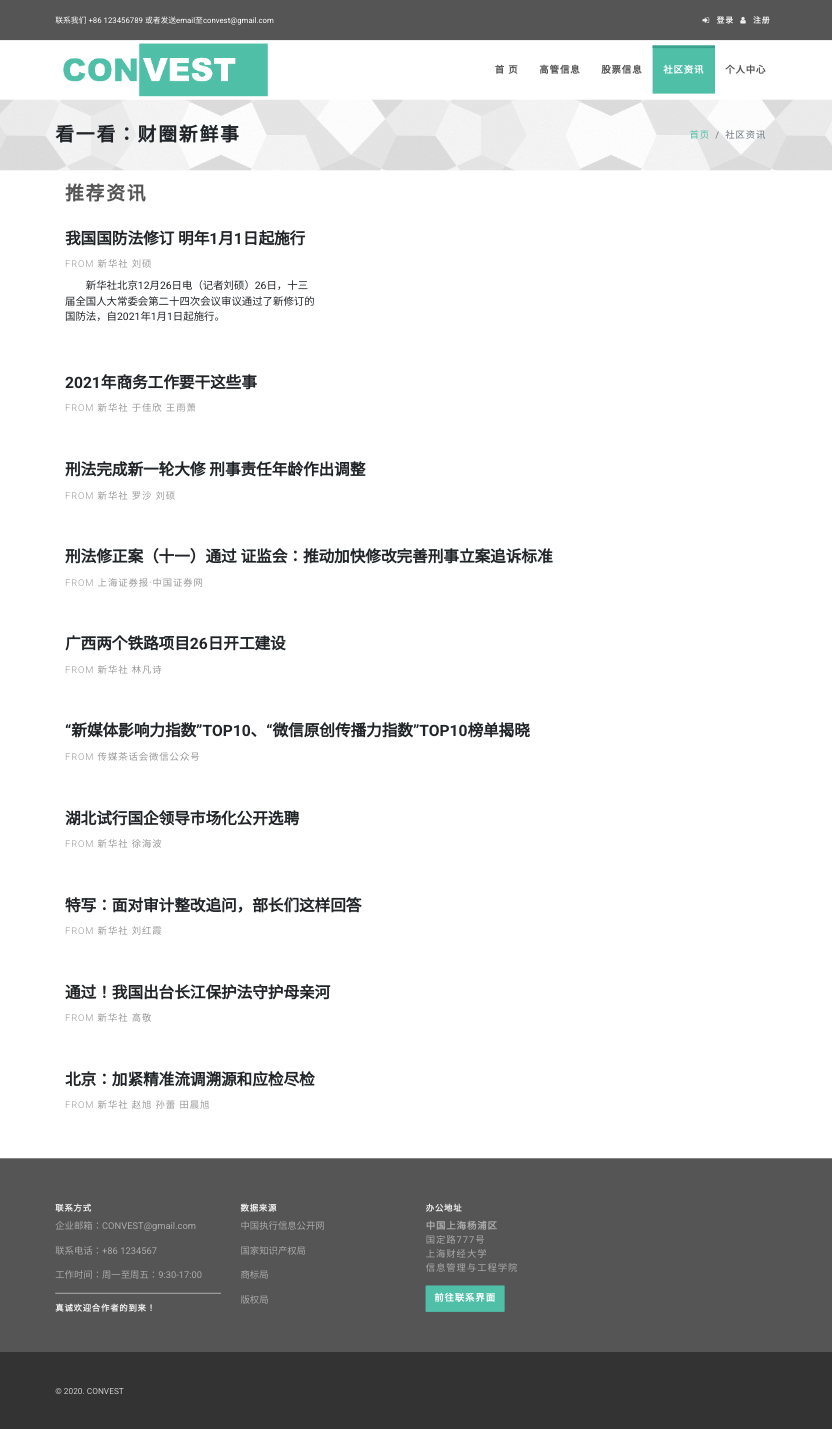
Repository: SUFELYZ/CONVEST
Page: http://localhost/CONVEST/社区资讯.jsp
The author's editor kept a copy of each file at every save. The page is drawn from the files as they stood at one save, then again after the next save.
The browser window is 1280 px wide. The pictures show the whole page, at 65% of full size.
The page is served by Tomcat 9. Other server files are loaded and not shown.

Above is the page before, as saved 2021-01-05 16:01:56.

### CONVEST 1.0/CONVEST/WebContent/社区资讯.jsp
<%@ page language="java" contentType="text/html; charset=UTF-8" pageEncoding="UTF-8"%>
<!DOCTYPE html>
<html>
<head>
<meta charset="utf-8">
    <meta http-equiv="X-UA-Compatible" content="IE=edge">
    <title>CONVEST</title>
    <meta name="description" content="">
    <meta name="viewport" content="width=device-width, initial-scale=1">
    <meta name="robots" content="all,follow">
    <!-- Bootstrap CSS-->
    <link rel="stylesheet" href="vendor/bootstrap/css/bootstrap.min.css">
    <!-- Font Awesome CSS-->
    <link rel="stylesheet" href="vendor/font-awesome/css/font-awesome.min.css">
    <!-- Google fonts - Roboto-->
    <link rel="stylesheet" href="https://fonts.googleapis.com/css?family=Roboto:300,400,700">
    <!-- Bootstrap Select-->
    <link rel="stylesheet" href="vendor/bootstrap-select/css/bootstrap-select.min.css">
    <!-- owl carousel-->
    <link rel="stylesheet" href="vendor/owl.carousel/assets/owl.carousel.css">
    <link rel="stylesheet" href="vendor/owl.carousel/assets/owl.theme.default.css">
    <!-- theme stylesheet-->
    <link rel="stylesheet" href="css/style.default.css" id="theme-stylesheet">
    <!-- Custom stylesheet - for your changes-->
    <link rel="stylesheet" href="css/custom.css">
    <!-- Favicon and apple touch icons-->
    <link rel="shortcut icon" href="img/favicon.ico" type="image/x-icon">
    <link rel="apple-touch-icon" href="img/apple-touch-icon.png">
    <link rel="apple-touch-icon" sizes="57x57" href="img/apple-touch-icon-57x57.png">
    <link rel="apple-touch-icon" sizes="72x72" href="img/apple-touch-icon-72x72.png">
    <link rel="apple-touch-icon" sizes="76x76" href="img/apple-touch-icon-76x76.png">
    <link rel="apple-touch-icon" sizes="114x114" href="img/apple-touch-icon-114x114.png">
    <link rel="apple-touch-icon" sizes="120x120" href="img/apple-touch-icon-120x120.png">
    <link rel="apple-touch-icon" sizes="144x144" href="img/apple-touch-icon-144x144.png">
    <link rel="apple-touch-icon" sizes="152x152" href="img/apple-touch-icon-152x152.png">
    <!-- Tweaks for older IEs--><!--[if lt IE 9]>
        <script src="https://oss.maxcdn.com/html5shiv/3.7.3/html5shiv.min.js"></script>
        <script src="https://oss.maxcdn.com/respond/1.4.2/respond.min.js"></script><![endif]-->
</head>
<body>
<div id="all">
      <!-- Top bar-->
      <div class="top-bar">
        <div class="container">
          <div class="row d-flex align-items-center">
            <div class="col-md-6 d-md-block d-none">
              <p>联系我们 +86 123456789 或者发送email至convest@gmail.com</p>
            </div>
            <div class="col-md-6">
              <div class="d-flex justify-content-md-end justify-content-between">
                <ul class="list-inline contact-info d-block d-md-none">
                  <li class="list-inline-item"><a href="#"><i class="fa fa-phone"></i></a></li>
                  <li class="list-inline-item"><a href="#"><i class="fa fa-envelope"></i></a></li>
                </ul>
                <div class="login"><a href="#" data-toggle="modal" data-target="#login-modal" class="login-btn"><i class="fa fa-sign-in"></i><span class="d-none d-md-inline-block">登录</span></a><a href="customer-register.jsp" class="signup-btn"><i class="fa fa-user"></i><span class="d-none d-md-inline-block">注册</span></a></div>

              </div>
            </div>
          </div>
        </div>
      </div>
      <!-- Top bar end-->
      <!-- Login Modal-->
      <div id="login-modal" tabindex="-1" role="dialog" aria-labelledFrom="login-modalLabel" aria-hidden="true" class="modal fade">
        <div role="document" class="modal-dialog">
          <div class="modal-content">
            <div class="modal-header">
              <h4 id="login-modalLabel" class="modal-title">用户登录</h4>
              <button type="button" data-dismiss="modal" aria-label="Close" class="close"><span aria-hidden="true">×</span></button>
            </div>
            <div class="modal-body">
              <form action="个人中心.jsp" method="get">
                <div class="form-group">
                  <input id="email_modal" type="text" placeholder="email" class="form-control">
                </div>
                <div class="form-group">
                  <input id="password_modal" type="password" placeholder="密码" class="form-control">
                </div>
                <p class="text-center">
                  <button class="btn btn-template-outlined"><i class="fa fa-sign-in"></i> 登录</button>
                </p>
              </form>
              <p class="text-center text-muted">还没注册？</p>
              <p class="text-center text-muted"><a href="customer-register.jsp"><strong>即刻注册</strong></a>! 只需一分钟，体验更多功能！</p>
            </div>
          </div>
        </div>
      </div>
      <!-- Login modal end-->
      <!-- Navbar Start-->
      <header class="nav-holder make-sticky">
        <div id="navbar" role="navigation" class="navbar navbar-expand-lg">
          <div class="container"><a href="首页.jsp" class="navbar-brand home"><img src="img/logo.png" alt="Universal logo" class="d-none d-md-inline-block"><img src="img/logo-small.png" alt="Universal logo" class="d-inline-block d-md-none"><span class="sr-only">CONVEST - go to homepage</span></a>
            <button type="button" data-toggle="collapse" data-target="#navigation" class="navbar-toggler btn-template-outlined"><span class="sr-only">Toggle navigation</span><i class="fa fa-align-justify"></i></button>
            <div id="navigation" class="navbar-collapse collapse">
              <ul class="nav navbar-nav ml-auto">
                <li class="nav-item dropdown menu-large"><a href="首页.jsp" >首 页 <b class="caret"></b></a>

                </li>
                <li class="nav-item dropdown menu-large"><a href="高管信息.jsp">高管信息 <b class="caret"></b></a>

                </li>
                <li class="nav-item dropdown menu-large"><a href="股票信息.jsp" >股票信息<b class="caret"></b></a>

                </li>
                <li class="nav-item dropdown active"><a href="社区资讯.jsp" >社区资讯 <b class="caret"></b></a>

                </li>

                <li class="nav-item dropdown menu-large"><a href="个人中心.jsp" >个人中心 <b class="caret"></b></a>

                </li>
                <!-- ========== Contact dropdown end ==================-->
              </ul>
            </div>
            <div id="search" class="collapse clearfix">
              <form role="search" class="navbar-form">
                <div class="input-group">
                  <input type="text" placeholder="Search" class="form-control"><span class="input-group-btn">
                    <button type="button" class="btn btn-template-main"><i class="fa fa-search"></i></button></span>
                </div>
              </form>
            </div>
          </div>
        </div>
      </header>
      <!-- Navbar End-->

      <div id="heading-breadcrumbs">
        <div class="container">
          <div class="row d-flex align-items-center flex-wrap">
            <div class="col-md-7">
              <h1 class="h2">看一看：财圈新鲜事</h1>
            </div>
            <div class="col-md-5">
              <ul class="breadcrumb d-flex justify-content-end">
                <li class="breadcrumb-item"><a href="首页.jsp">首页</a></li>
                <li class="breadcrumb-item active">社区资讯</li>
              </ul>
            </div>
          </div>
        </div>
      </div>
      <div id="content">
        <div class="container">
          <section class="bar no-padding-bottom">
            <div class="row">
              <div class="col-md-12">
              </div>
            </div>
          </section>


      <!-- LEFT COLUMN _________________________________________________________-->
              <div id="blog-listing-big" class="col-md-9">
                  <div class="post" id="qeone">
                      <h2><a>推荐资讯</a></h2>


                         <br>
                   <div class="post" id="qeone">
                      <h3><a id="title1">我国国防法修订 明年1月1日起施行</a></h3>
                       <div class="row">
                          <div class="col-sm-6">
                              <p class="author-category">From <a id="name1">新华社 刘硕</a></p>
                              <p>　　新华社北京12月26日电（记者刘硕）26日，十三届全国人大常委会第二十四次会议审议通过了新修订的国防法，自2021年1月1日起施行。</p>
                          </div>

                      </div>
                  </div>
                  <div class="post" id="qetwo">
                      <h3><a id="title2">2021年商务工作要干这些事</a></h3>
                      <div class="row" >
                          <div class="col-sm-6">
                              <p class="author-category">From <a id="name2">新华社 于佳欣 王雨萧</a></p>
                          </div>
                      </div>
                  </div>
                  <div class="post" id="qethree">
                      <h3><a id="title3">刑法完成新一轮大修 刑事责任年龄作出调整</a></h3>
                      <div class="row">
                          <div class="col-sm-6">
                              <p class="author-category">From <a id="name3">新华社 罗沙 刘硕</a></p>
                          </div>
                      </div>
                  </div>
                  <div class="post" id="qefour">
                      <h3><a id="title4">刑法修正案（十一）通过 证监会：推动加快修改完善刑事立案追诉标准</a></h3>
                      <div class="row">
                          <div class="col-sm-6">
                              <p class="author-category">From <a id="name4">上海证券报·中国证券网 </a></p>
                          </div>
                      </div>
                  </div>
                  <div class="post" id="qefive">
                      <h3><a id="title5">广西两个铁路项目26日开工建设</a></h3>
                      <div class="row">
                          <div class="col-sm-6">
                              <p class="author-category">From <a id="name5">新华社 林凡诗</a></p>
                          </div>
                      </div>
                  </div>
                  <div class="post" id="qesix">
                      <h3><a id="title6">“新媒体影响力指数”TOP10、“微信原创传播力指数”TOP10榜单揭晓</a></h3>
                      <div class="row">
                          <div class="col-sm-6">
                              <p class="author-category">From <a id="name6">传媒茶话会微信公众号</a></p>
                          </div>
                      </div>
                  </div>
                   <div class="post" id="qeseven">
                      <h3><a id="title7">湖北试行国企领导市场化公开选聘</a></h3>
                      <div class="row">
                          <div class="col-sm-6">
                              <p class="author-category">From <a id="name7">新华社 徐海波</a></p>
                          </div>
                      </div>
                  </div>
                   <div class="post" id="qeeight">
                      <h3><a id="title8">特写：面对审计整改追问，部长们这样回答</a></h3>
                      <div class="row">
                          <div class="col-sm-6">
                              <p class="author-category">From <a id="name8">新华社 刘红霞</a></p>
                          </div>
                      </div>
                  </div>
                  <div class="post" id="qenine">
                      <h3><a id="title9">通过！我国出台长江保护法守护母亲河</a></h3>
                      <div class="row">
                          <div class="col-sm-6">
                              <p class="author-category">From <a id="name9">新华社 高敬</a></p>
                          </div>
                      </div>
                  </div>
                  <div class="post" id="qeten">
                      <h3><a id="title10">北京：加紧精准流调溯源和应检尽检</a></h3>
                      <div class="row" >
                          <div class="col-sm-6">
                              <p class="author-category">From <a id="name10">新华社 赵旭 孙蕾 田晨旭</a></p>
                          </div>
                      </div>
                  </div>
                  <div class="post" id="qe1" style="display:none">
                      <h3><a id="title11">武汉城市圈第5条城际铁路正式开通运营</a></h3>
                      <div class="row" >
                          <div class="col-sm-6">
                              <p class="author-category">From <a id="name11">新华社 王贤</a></p>
                          </div>
                      </div>
                  </div>
                  <div class="post" id="qe2" style="display:none">
                      <h3><a id="title12">全国商务工作电视电话会议召开 部署2021年重点工作</a></h3>
                      <div class="row" >
                          <div class="col-sm-6">
                              <p class="author-category">From <a id="name12">上海证券报·中国证券网</a></p>
                          </div>
                      </div>
                  </div>
                  <div class="post" id="qe3" style="display:none">
                      <h3><a id="title13">湘鄂渝黔桂边区重要铁路枢纽“再升级”</a></h3>
                      <div class="row" >
                          <div class="col-sm-6">
                              <p class="author-category">From <a id="name13">新华社 史卫燕</a></p>
                          </div>
                      </div>
                  </div>
                  <div class="post" id="qe4" style="display:none">
                      <h3><a id="title14">十三届全国人大四次会议将于2021年3月5日在京召开</a></h3>
                      <div class="row" >
                          <div class="col-sm-6">
                              <p class="author-category">From <a id="name14">新华社 王琦</a></p>
                          </div>
                      </div>
                  </div>
                   <div class="post" id="qe5" style="display:none">
                      <h3><a id="title15">三个月时间，广州浪奇“黑洞”扩大了50%，何时是尽头？</a></h3>
                       <div class="row" >
                          <div class="col-sm-6">
                              <p class="author-category">From <a id="name15">上海证券报微信公众号 邱德坤</a></p>
                          </div>
                      </div>
                  </div>




                </div>
                </div>
              </div>


      <!-- FOOTER -->
     <footer class="main-footer">
        <div class="container">
          <div class="row">
            <div class="col-lg-3">
              <h4 class="h6">联系方式</h4>
              <p>企业邮箱：<a href="mailto:CONVEST@gmail.com" rel="nofollow">CONVEST@gmail.com</a></p>
              <p>联系电话：+86 1234567</p>
              <p>工作时间：周一至周五：9:30-17:00</p>
              <hr>
              <h4 class="h6">真诚欢迎合作者的到来！</h4>

              <hr class="d-block d-lg-none">
            </div>
            <div class="col-lg-3">
              <h4 class="h6">数据来源</h4>
              <p><a href="http://zxgk.court.gov.cn/" target="_blank" rel="nofollow">中国执行信息公开网</a></p>
              <p><a href="http://www.sipo.gov.cn/" target="_blank" rel="nofollow">国家知识产权局</a></p>
              <p><a href="http://sbj.cnipa.gov.cn/" target="_blank" rel="nofollow">商标局</a></p>
              <p><a href="http://www.ncac.gov.cn/" target="_blank" rel="nofollow">版权局</a></p>

            </div>

            <div class="col-lg-3">
              <h4 class="h6">办公地址</h4>
              <p class="text-uppercase"><strong>中国上海杨浦区</strong><br>国定路777号 <br>上海财经大学<br>信息管理与工程学院<br><strong></strong></p><a href="contact.jsp" class="btn btn-template-main">前往联系界面</a>
              <hr class="d-block d-lg-none">
            </div>

          </div>
        </div>
        <div class="copyrights">
          <div class="container">
            <div class="row">
              <div class="col-lg-4 text-center-md">
                <p>&copy; 2020. CONVEST</p>
              </div>

            </div>
          </div>
        </div>
      </footer>
    </div>
    <!-- Javascript files-->
    <script src="vendor/jquery/jquery.min.js"></script>
    <script src="vendor/popper.js/umd/popper.min.js"> </script>
    <script src="vendor/bootstrap/js/bootstrap.min.js"></script>
    <script src="vendor/jquery.cookie/jquery.cookie.js"> </script>
    <script src="vendor/waypoints/lib/jquery.waypoints.min.js"> </script>
    <script src="vendor/jquery.counterup/jquery.counterup.min.js"> </script>
    <script src="vendor/owl.carousel/owl.carousel.min.js"></script>
    <script src="vendor/owl.carousel2.thumbs/owl.carousel2.thumbs.min.js"></script>
    <script src="js/jquery.parallax-1.1.3.js"></script>
    <script src="vendor/bootstrap-select/js/bootstrap-select.min.js"></script>
    <script src="vendor/jquery.scrollto/jquery.scrollTo.min.js"></script>
    <script src="js/front.js"></script>
<script src="js/jquery.dataTables.min.js"></script>
    <script src="js/template.js"></script>
     <script>
     function login(){
 		var myusername = $("#myusername").val();
 		var mypassword = $("#mypassword").val();

 		 if(myusername == "")
 			   {
 			   alert("请填写用户名！");
 			   }
 		   else if(mypassword == "")
 			  {
 			 	alert("请填写密码！");
 			  }
 		   else {
 		$.ajax({
 			url:"login",
 			type:"post",
 			data:{
 	    		   Name: myusername,
 	    		   Password:mypassword,
 	    		},
 	    	async:false,
 			success:function(data){
 				if(data != ""){
 					alert("登录成功");
 					window.location.href="首页.jsp";
 				}else{
 					alert("登录失败");
 				}
 			},
 			error:function(XMLHttpRequest, textStatus, errorThrown) {
 				alert("系统错误");
 			}
 		});

 	   	   }

 	}
     </script>
  </body>
</html>

Loaded but not shown: CONVEST 1.0/CONVEST/WebContent/css/custom.css (common file); CONVEST 1.0/CONVEST/WebContent/js/jquery.parallax-1.1.3.js (common file); CONVEST 1.0/CONVEST/WebContent/js/jquery.dataTables.min.js (library); CONVEST 1.0/CONVEST/WebContent/js/template.js (library); CONVEST 1.0/CONVEST/WebContent/js/front.js (295 lines, source omitted); CONVEST 1.0/CONVEST/WebContent/css/style.default.css (3694 lines, source omitted)

After the next save:
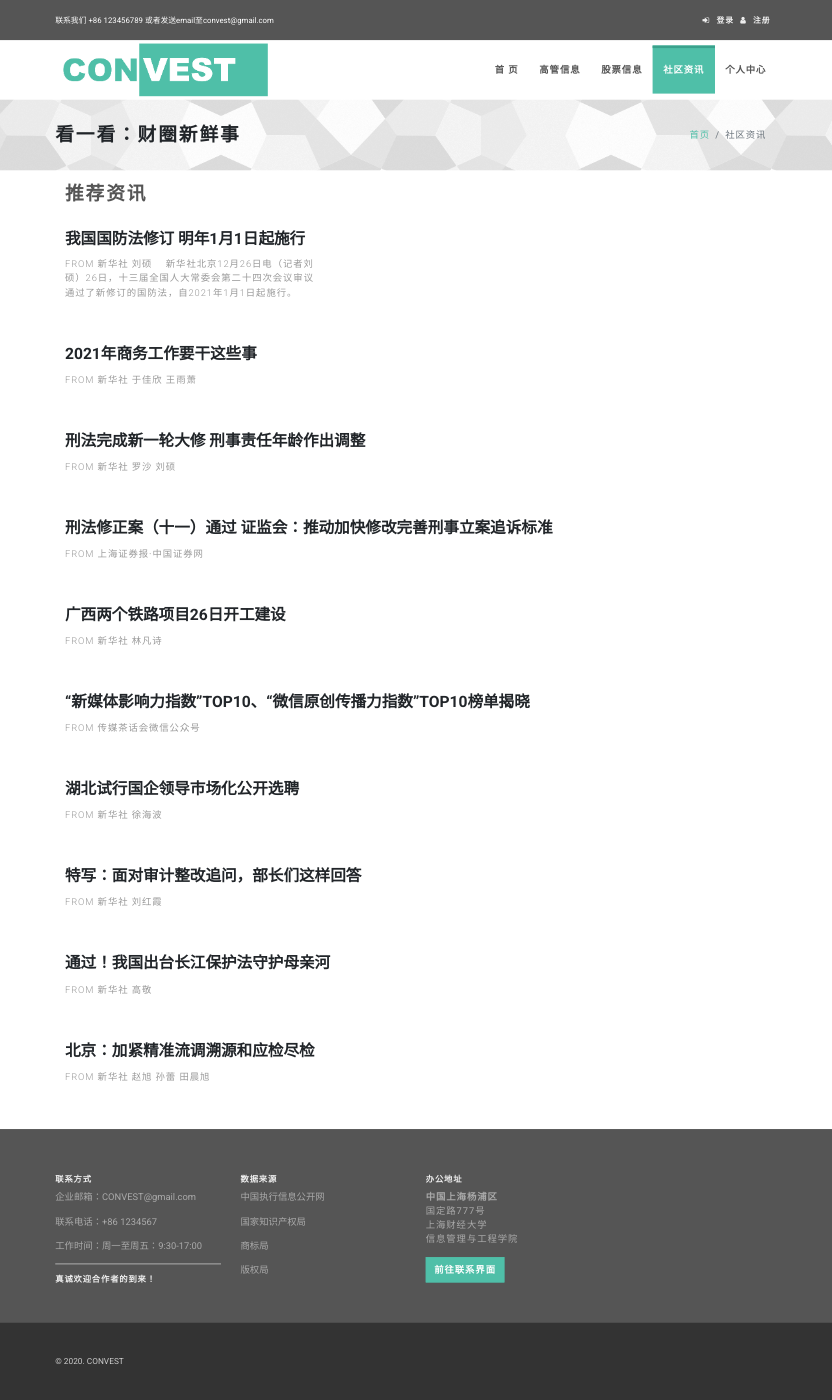
Saved 84 s later.
--- a/CONVEST 1.0/CONVEST/WebContent/社区资讯.jsp
+++ b/CONVEST 1.0/CONVEST/WebContent/社区资讯.jsp
@@ -162,8 +162,8 @@
                       <h3><a id="title1">我国国防法修订 明年1月1日起施行</a></h3>
                        <div class="row">
                           <div class="col-sm-6">
-                              <p class="author-category">From <a id="name1">新华社 刘硕</a></p>
-                              <p>　　新华社北京12月26日电（记者刘硕）26日，十三届全国人大常委会第二十四次会议审议通过了新修订的国防法，自2021年1月1日起施行。</p>
+                              <p class="author-category">From <a id="name1">新华社 刘硕</a>
+                              　新华社北京12月26日电（记者刘硕）26日，十三届全国人大常委会第二十四次会议审议通过了新修订的国防法，自2021年1月1日起施行。</p>
                           </div>
 
                       </div>

After the save that followed:
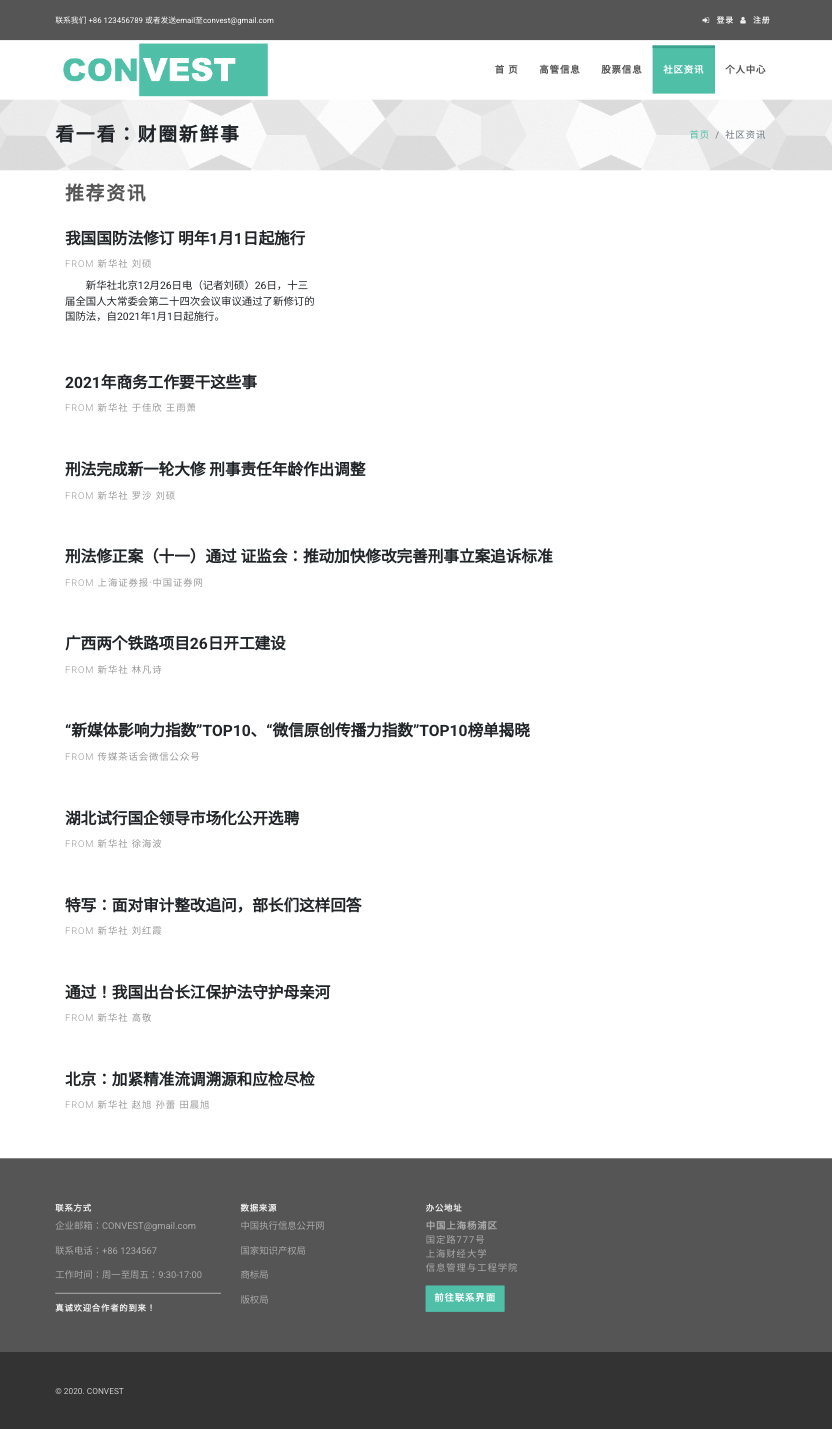
Saved 2 min 33 s later.
--- a/CONVEST 1.0/CONVEST/WebContent/社区资讯.jsp
+++ b/CONVEST 1.0/CONVEST/WebContent/社区资讯.jsp
@@ -162,8 +162,8 @@
                       <h3><a id="title1">我国国防法修订 明年1月1日起施行</a></h3>
                        <div class="row">
                           <div class="col-sm-6">
-                              <p class="author-category">From <a id="name1">新华社 刘硕</a>
-                              　新华社北京12月26日电（记者刘硕）26日，十三届全国人大常委会第二十四次会议审议通过了新修订的国防法，自2021年1月1日起施行。</p>
+                              <p class="author-category">From <a id="name1">新华社 刘硕</a></p>
+                              <p class="">　　新华社北京12月26日电（记者刘硕）26日，十三届全国人大常委会第二十四次会议审议通过了新修订的国防法，自2021年1月1日起施行。
                           </div>
 
                       </div>
